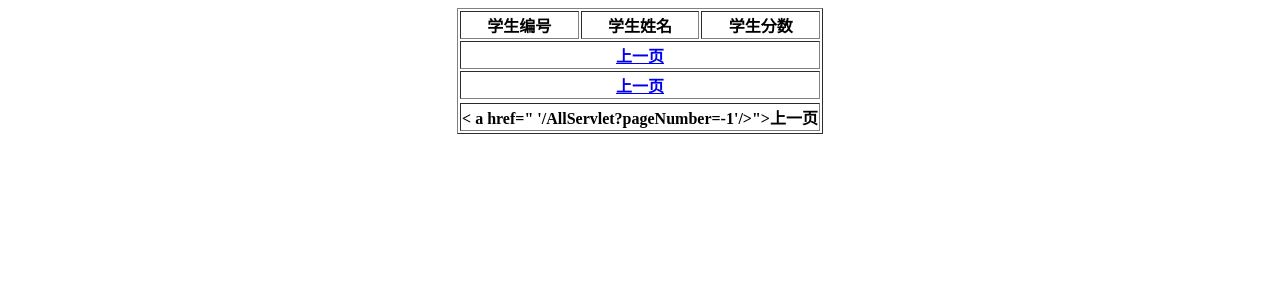
Repository: byuan98/study
Page: http://localhost/day071web/jsp/pagingoptimization.jsp
An editor plug-in stored every save of this project. The page is shown before and after the next save, followed by the edit.
The browser window is 1280 px wide. The pictures show the whole page.
The page is served by Tomcat 9. Other server files are loaded and not shown. Queries for data that is not in the repository find no rows.

Above is the page before, as saved 2021-03-30 15:15:50.

### day071web/WebContent/jsp/pagingoptimization.jsp
<%@ page language="java" contentType="text/html; charset=UTF-8" pageEncoding="UTF-8"%>
<%@ taglib prefix="core" uri="http://java.sun.com/jsp/jstl/core"%>
<!DOCTYPE html>
<html>
<head>
<meta charset="UTF-8">
<title>分页效果</title>
</head>
<body>
  <core:if test="${empty requestScope.paging}">
    <jsp:forward page="/test/getallstudentpaging"/>
  </core:if>
  <table align="center" border="solid">
    <tr>
      <th>学生编号</th><th>学生姓名</th><th>学生分数</th>
    </tr>
    <core:forEach items="${requestScope.paging.list}" var="stu">
      <tr>
        <td>${stu.stuid}</td>
        <td>${stu.stuname}</td>
        <td>${stu.stuscore}</td>
      </tr>
    </core:forEach>
    <tr>
      <th colspan="5">
        <core:if test="${requestScope.paging.pageNumber!=1}">
          <a href="<core:url value='/test/getallstudentpaging?pageNumber=${requestScope.studentpaging.pageNumber-1}'/>">上一页</a>
        </core:if>
        <core:forEach begin="1" end="${requestScope.paging.pageTotal}" var="pn">
          <core:choose>
            <core:when test="${pn != requestScore.paging.pageNumber}">
              <a href="<core:url value='/test/getallstudentpaging?pageNumber=${pn}'/>">${pn}</a>
            </core:when>
            <core:otherwise>
              <a>[${pn}]</a>
            </core:otherwise>
          </core:choose>
        </core:forEach>
        <core:if test="${requestScope.paging.pageNumber lt requestScope.paging.pageTotal}">
          <a href="<core:url value='/test/getallstudentpaging?pageNumber=${requestScope.paging.pageNumber+1}'/>">下一页</a>
        </core:if>
      </th>
    </tr>

    <tr>
      <th colspan="3">
        <core:if test="${requestScope.paging.pageNumber != 1}">
          <a href="<core:url value='/test/getallstudentpaging?pageNumber=${requestScope.paging.pageNumber-1}'/>">上一页</a>
        </core:if>
        <core:set var="number" value="5"/>
        <core:choose>
          <core:when test="${requestScope.paging.pageNumber < number/2}">
            <core:set var="startNumber" value="1"/>
          </core:when>
          <core:when test="${requestScope.paging.pageNumber > requestScore.paging.pageTotal-number/2}">
            <core:set var="startNumber" value="${requestScore.paging.pageTotal-number+1}"/>
          </core:when>
          <core:otherwise>
            <core:set var="startNumber" value="${requestScore.paging.pageNumber-num/2}"/>
          </core:otherwise>
        </core:choose>
        <core:if test="${startNumber<=0}">
          <core:set var="startNumber" value="1"/>
        </core:if>
        <core:set var="endNumber" value="${startNumber+number-1}"/>
        <core:if test="${endNumber > requestScope.paging.pageTotal}">
          <core:set var="endNumber" value="${requestScope.paging.pageTotal}"/>
        </core:if>
        <core:forEach begin="${startNumber}" end="${endNumber}" var="pn">
          <core:choose>
            <core:when test="${pn != requestScope.paging.pageNumber}">
              <a href="<core:url value='/test/getallstudentpaging?pageNumber=${pn}'/>">${pn}</a>
            </core:when>
            <core:otherwise>
              <a>[${pn}]</a>
            </core:otherwise>
          </core:choose>
        </core:forEach>
        <core:if test="${requestScore.paging.pageNumber lt requestScore.paging.pageTotal}">
          <a href="<core:url value='/test/getallstudentpaging?pageNumber=${requestScope.paging.pageNumber+1}'/>">下一页</a>
        </core:if>
      </th>
    </tr>


    <tr>
    <%--第二种分页 --%>
          <tr>
          <th colspan="8">
             <%--判断是不是为1 不为1 就添加超链接上一页 --%>
            <core:if test="${requestScope.paging.pageNumber!=1}">
               < a href=" '/AllServlet?pageNumber=${requestScope.paging.pageNumber-1}'/>">上一页</ a>
             </core:if>
           <core:set var="num" value="5"/><%--记录页面显示的页数选项 5为最多5页  num为总页数 --%>
           <core:choose>
           <%--如果 pageNumber小于num/2 显示的5页不移动  大于的话就移动把当前页面放在中间位置--%>
           <%--小于2 不包括2  --%>
             <core:when test="${requestScope.paging.pageNumber <num/2}">
                <%--定义起始页数 值为1 --%>
               <c:set var="startNum" value="1"></c:set>
             </core:when>

             <%--如果pageNumber大于pageTotal-num/2 显示的页数也不用移动 小于的话就移动把当前页面放在中间位置 --%>
             <%--大于8 不包括8 --%>
              <core:when test="${requestScope.paging.pageNumber > requestScope.fenye.pageTotal -num/2}">
                 <%-- 总页数减去num也就是5 需要加1 才能达到最后5个， --%>
                <core:set var="startNum" value="${requestScope.paging.pageTotal-num+1}"/>
              </core:when>
               <core:otherwise>
               <%--减去num/2的整数部分才能移动 也就是在中间位置 --%>
                  <%--范围为 2 到8 包含2 包含8 --%>
                  <%--这里要加1  --%>
                 <core:set var="startNum" value="${requestScope.paging.pageNumber-num/2+1}"/>
                </core:otherwise>
             </core:choose>
             <%--如果起始页数小于等于0 就赋值为1  --%>
            <core:if test="${startNum<=0}">
              <core:set var="startNum" value="1"/>
             </core:if>



    </tr>
  </table>
</body>
</html>

### day071web/src/dao/StudentDaoInter.java
package dao;

import java.util.ArrayList;

import entity.Student;

public interface StudentDaoInter {
//    查询所有学生
    public ArrayList<Student> getAllStudent();

//    查询所有学生并进行分页，传入两个参数，startIndex起始位置，pageSize每页的显示数量
    public ArrayList<Student> getAllStudentPaging(Integer startIndex, Integer pageSize);


    public Integer getStudentCount();
}

### day071web/src/dao/StudentDao.java
package dao;

import java.sql.Connection;
import java.sql.PreparedStatement;
import java.sql.ResultSet;
import java.sql.SQLException;
import java.util.ArrayList;

import entity.Student;
import util.JdbcUtil;

public class StudentDao implements StudentDaoInter{
    public ArrayList<Student> getAllStudent() {
        Connection con=null;
        PreparedStatement pre=null;
        ResultSet set=null;
        String sql="select * from student";
        ArrayList<Student> allStudent=new ArrayList<Student>();

        try {
            con=JdbcUtil.getConnection();
            pre=con.prepareStatement(sql);
            set=pre.executeQuery();

            while(set.next()) {
                Integer stuid=set.getInt("stuid");
                String stuname=set.getString("stuname");
                Double stuscore=set.getDouble("stuscore");
                allStudent.add(new Student(stuid, stuname, stuscore));
            }
        }catch(SQLException e) {
            throw new RuntimeException(e);
        }finally {
            JdbcUtil.close(con, pre, set);
        }
        return allStudent;
    }


    public ArrayList<Student> getAllStudentPaging(Integer startIndex, Integer pageSize) {
        Connection con=null;
        PreparedStatement pre=null;
        ResultSet set=null;
        String sql="select * from student limit ?,?";
        ArrayList<Student> partStudent=new ArrayList<Student>();
        try {
            con=JdbcUtil.getConnection();
            pre=con.prepareStatement(sql);
            pre.setInt(1, startIndex);//startIndex起始位置
            pre.setInt(2, pageSize);//pageSize每页显示的总数
            set=pre.executeQuery();
            while(set.next()) {
                Integer stuid=set.getInt("stuid");
                String stuname=set.getString("stuname");
                Double stuscore=set.getDouble("stuscore");
                partStudent.add(new Student(stuid, stuname, stuscore));
            }
        }catch(SQLException e) {
            throw new RuntimeException(e);
        }finally {
            JdbcUtil.close(con, pre, set);
        }
        return partStudent;
    }


    public Integer getStudentCount() {
        Connection con=null;
        PreparedStatement pre=null;
        ResultSet set=null;
        String sql="select count(*) count from student";
        Integer count=0;
        try {
            con=JdbcUtil.getConnection();
            pre=con.prepareStatement(sql);
            set=pre.executeQuery();
            if(set.next()) {
                count=set.getInt("count");
            }
        }catch(SQLException e) {
            throw new RuntimeException(e);
        }finally {
            JdbcUtil.close(con, pre, set);
        }
        return count;
    }
}

### day071web/src/util/JdbcUtil.java
package util;

import java.sql.Connection;
import java.sql.DriverManager;
import java.sql.ResultSet;
import java.sql.SQLException;
import java.sql.Statement;

public class JdbcUtil {
    private static final String DRIVER_NAME;
    private static final String URL;
    private static final String USER;
    private static final String PASSWORD;

    static {
        DRIVER_NAME="com.mysql.jdbc.Driver";
        URL="jdbc:mysql://192.168.217.14:3306/study";
        USER="root";
        PASSWORD="root";

        try {
            Class.forName(DRIVER_NAME);
        } catch (ClassNotFoundException e) {
            throw new RuntimeException(e);
        }
    }

    public static Connection getConnection() {
        try {
            return DriverManager.getConnection(URL, USER, PASSWORD);
        } catch (SQLException e) {
            throw new RuntimeException(e);
        }
    }
    public static void close(Connection con, Statement sta, ResultSet set) {
        try {
            if(con!=null) {con.close();}
            if(sta!=null) {sta.close();}
            if(set!=null) {set.close();}
        } catch (SQLException e) {
            throw new RuntimeException(e);
        }
    }

    public static void main(String[] args) {
        Connection con=getConnection();
        System.out.println(con);
        close(con, null, null);
    }
}

### day071web/src/bean/PagingBean.java
package bean;

import java.util.List;

public class PagingBean<E>{//泛型类，此类中涉及到的某个类型是变量
    private Integer pageNumber;//当前页数
    private Integer pageTotal;//总页数
    private Integer pageSize;//每页记录数
    private Integer count;//总记录数
    private Integer startIndex;//起始索引
    private List<E> list;//当前页要显示的记录信息
    private String queryString;//查询条件

    public PagingBean() {

    }
    public PagingBean(Integer pageNumber, Integer pageSize, Integer count, List<E> list) {
        this.pageNumber = pageNumber;//当前页数
        this.pageSize = pageSize;//每页记录数
        this.count = count;//总记录数
        this.list = list;//当前页要显示的记录信息
    }

    public Integer getPageNumber() {
        return pageNumber;
    }
    public void setPageNumber(Integer pageNumber) {
        if(pageNumber<=0) {pageNumber=1;}
        pageNumber=pageNumber>getPageTotal()?getPageTotal():pageNumber;

        this.pageNumber = pageNumber;
    }
    public Integer getPageTotal() {
        return count/getPageSize()+(count%getPageSize()==0?0:1);
    }
//    public void setPageTotal(Integer pageTotal) {//总页数
//        this.pageTotal = pageTotal;
//    }
    public Integer getPageSize() {
        return pageSize;
    }
    public void setPageSize(Integer pageSize) {
        this.pageSize = pageSize;
    }
    public Integer getCount() {
        return count;
    }
    public void setCount(Integer count) {
        this.count = count;
    }
    public Integer getStartIndex() {
        return (pageNumber-1)*pageSize;
    }
//    public void setStartIndex(Integer startIndex) {//起始索引是算出来的不需要set方法
//        this.startIndex = startIndex;
//    }
    public List<E> getList() {
        return list;
    }
    public void setList(List<E> list) {
        this.list = list;
    }
    public String getQueryString() {
        return queryString;
    }
    public void setQueryString(String queryString) {
        this.queryString = queryString;
    }
}

After the next save:
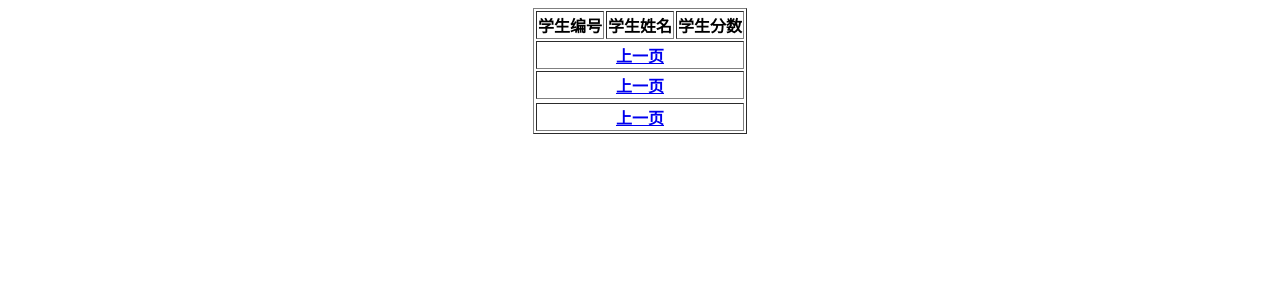
Saved 95 s later.
--- a/day071web/WebContent/jsp/pagingoptimization.jsp
+++ b/day071web/WebContent/jsp/pagingoptimization.jsp
@@ -89,7 +89,7 @@
           <th colspan="8">
              <%--判断是不是为1 不为1 就添加超链接上一页 --%>
             <core:if test="${requestScope.paging.pageNumber!=1}">
-               < a href=" '/AllServlet?pageNumber=${requestScope.paging.pageNumber-1}'/>">上一页</ a>
+               <a href="<core:url value='/test/getallstudentpaging?pageNumber=${requestScope.paging.pageNumber-1}'/>">上一页</a>
              </core:if>
            <core:set var="num" value="5"/><%--记录页面显示的页数选项 5为最多5页  num为总页数 --%>
            <core:choose>
@@ -119,7 +119,12 @@
              </core:if>
 
 
-
+            <%--结束页数就为 起始页数加上 num值 减去1  --%>
+             <core:set var="endNum" value="${startNum+num-1}"/>
+            <core:if test="${endNum > requestScope.paging.pageTotal}">
+            <%--如果结束值大于 总页数 就赋值为总页数 --%>
+             <core:set var="endNum" value="${requestScope.paging.pageTotal}"/>
+                </core:if>
     </tr>
   </table>
 </body>
